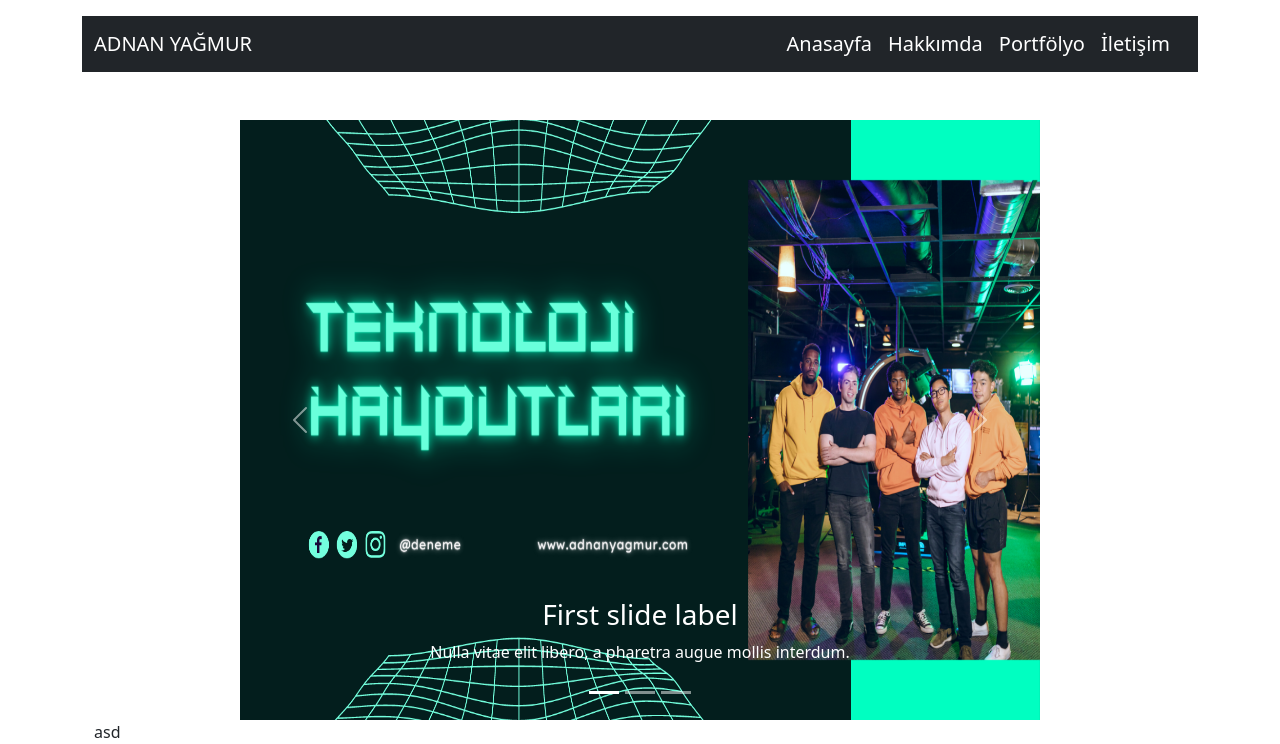
Repository: adnanyagmur/react-bootstrap-example
Page: /
An editor plug-in stored every save of this project. The page is shown before and after the next save, followed by the edit.
The browser window is 1280 px wide. The pictures show the whole page.
The project was rebuilt for these pictures with package versions that can differ from the ones it lists, and the page was loaded fresh each time.

Above is the page before, as saved 2022-06-29 10:44:48.

After the next save:
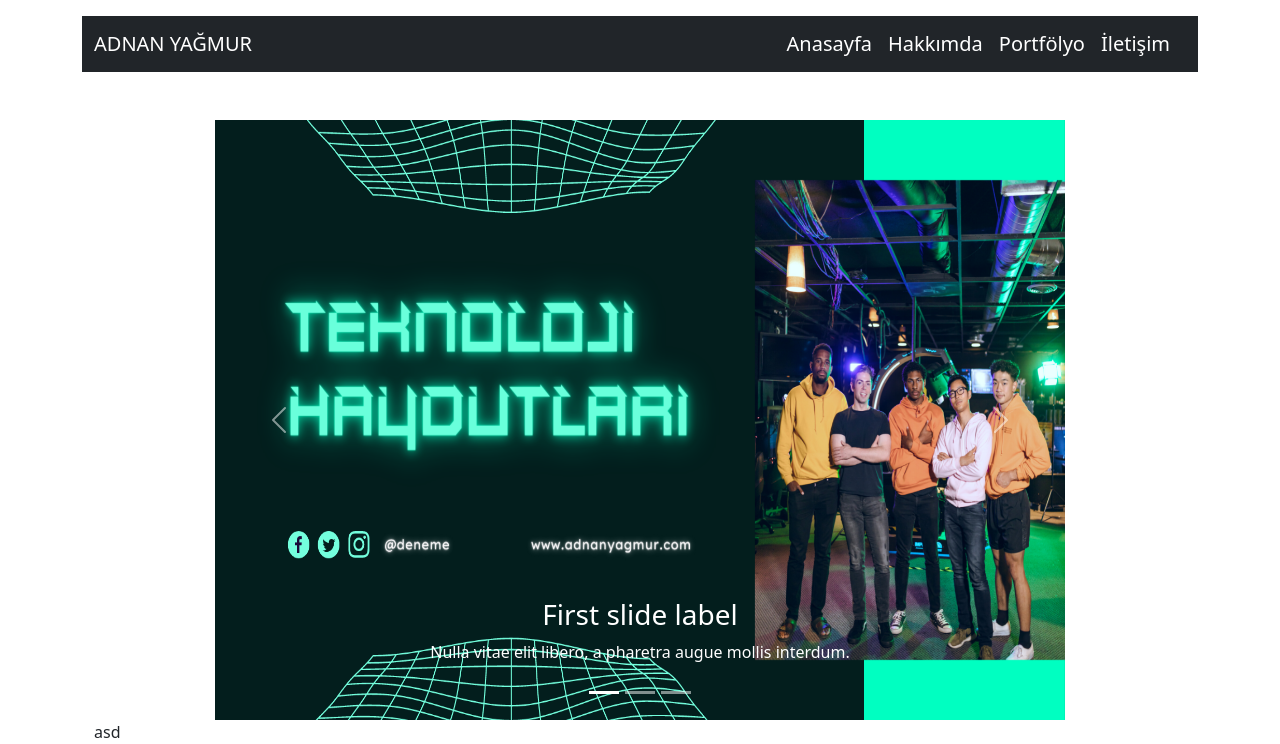
Saved 14 s later.
--- a/src/appComponents/Slider.jsx
+++ b/src/appComponents/Slider.jsx
@@ -11,7 +11,7 @@ const Slider = ()=>{
 
 
         <Col>
-        <Carousel style={{width:"800px"}}>
+        <Carousel style={{width:"850px"}}>
         <Carousel.Item interval={1000}>
           <img
             className="d-block w-100"
